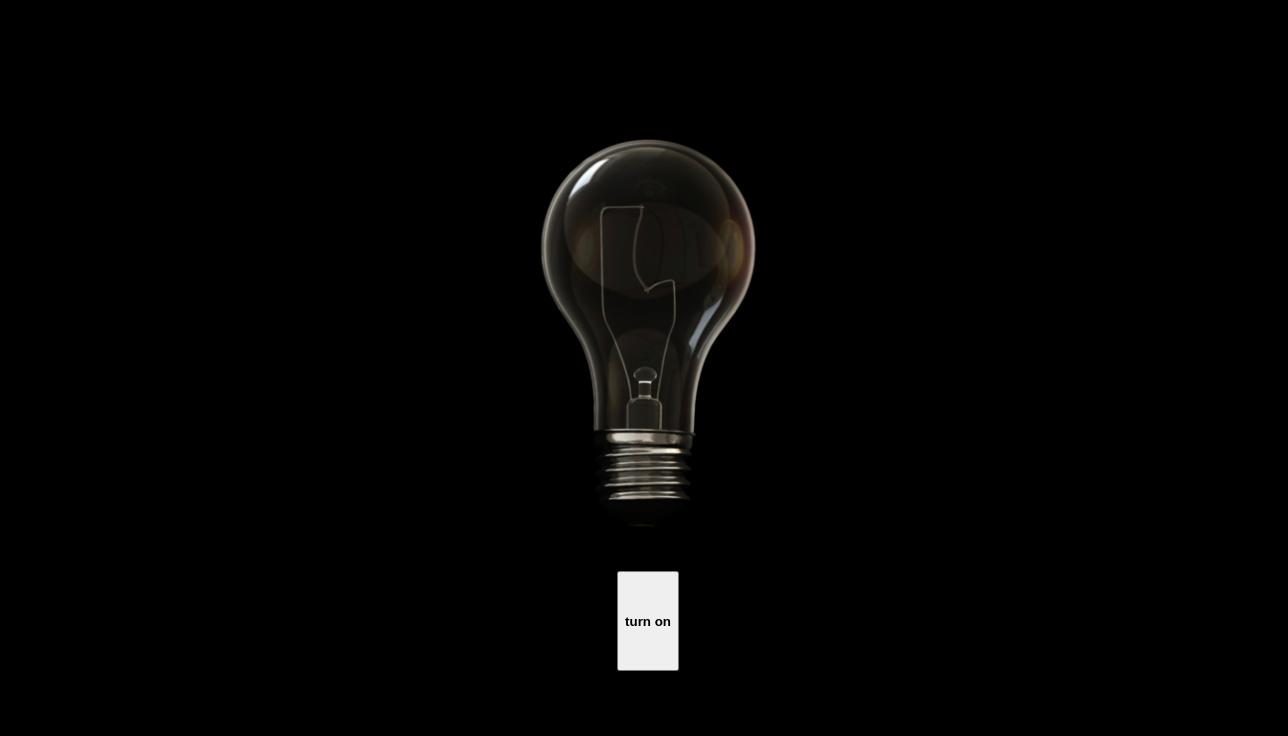
Repository: JunaidAnsari202/bulb
Page: index.html
These files come from the project's save history. The page is drawn as it stood at one moment and after a run of saves; the edit follows.
The browser window is 1280 px wide. The page is 1288 px wide, so the pictures cover 1288 px, including what lies to the right of the window. The pictures show the whole page.

Above is the page before, as saved 2023-10-27 21:38:46.

After the next 3 saves:
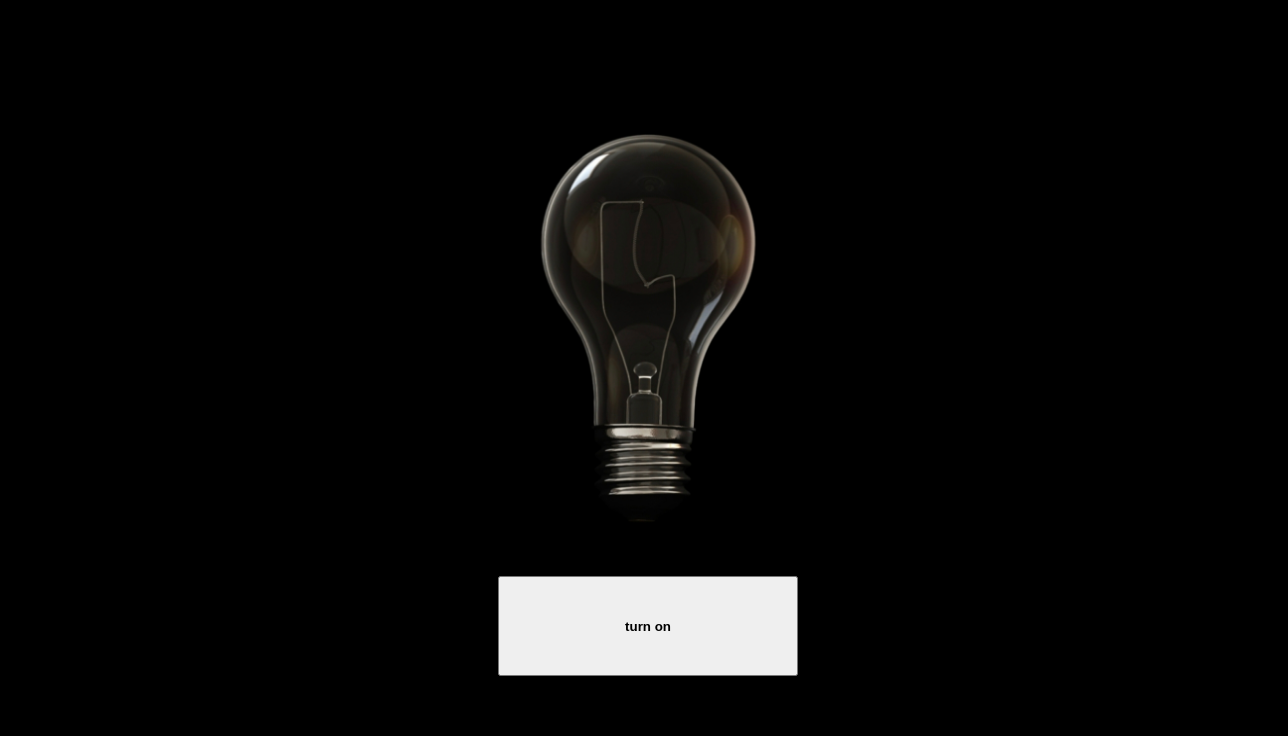
The 3 saves are shown as one change because they came seconds apart.
The last was saved 6 s later.
--- a/style.css
+++ b/style.css
@@ -23,5 +23,5 @@ body{
     /* margin-left: ; */
     font-weight: 800;
     height: 100px;
-    wi
+    width: 300px;
 }
